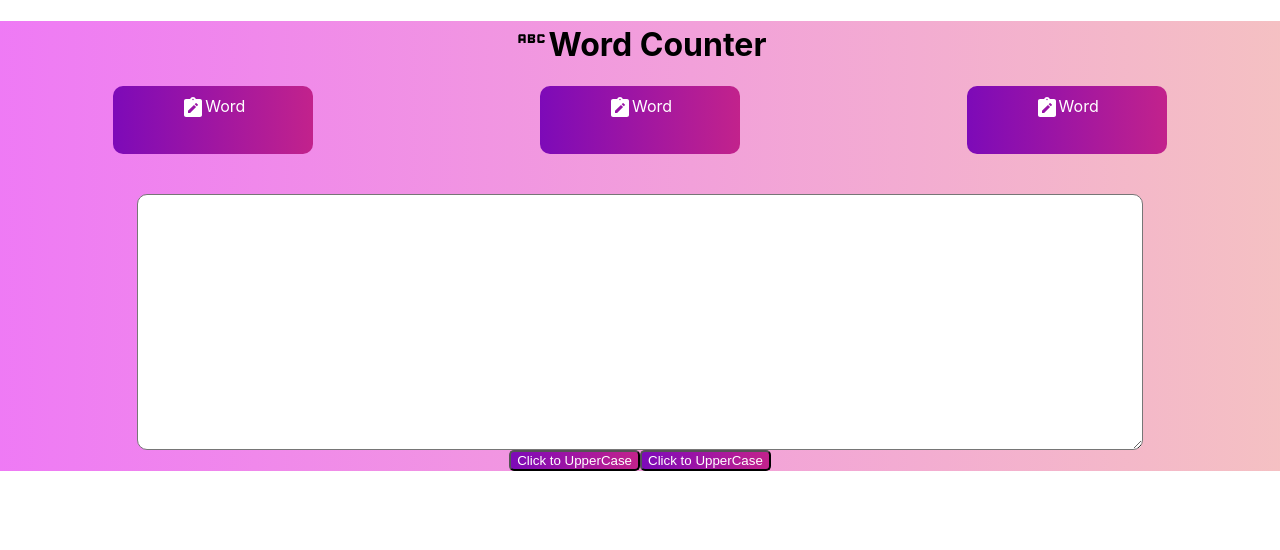
Repository: 123cuongcao/nopbai-basic
Page: /
The author's editor kept a copy of each file at every save. The page is drawn from the files as they stood at one save, then again after the next save.
The browser window is 1280 px wide. The pictures show the whole page.
The project was rebuilt for these pictures with package versions that can differ from the ones it lists, and the page was loaded fresh each time.

Above is the page before, as saved 2023-08-15 11:48:00.

After the next save:
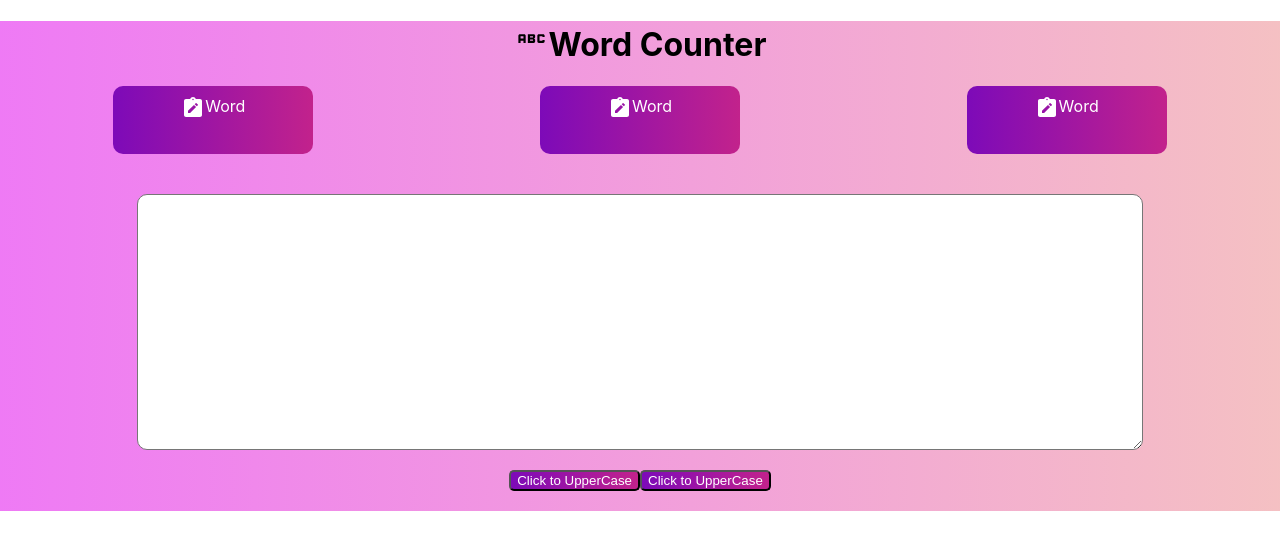
Saved 9 s later.
--- a/src/components/index.jsx
+++ b/src/components/index.jsx
@@ -22,7 +22,7 @@ export default function Index() {
             <Textarea/>
       </div>
 
-      <div style={{display:'flex',justifyContent:'center',padding:''}}>
+      <div style={{display:'flex',justifyContent:'center',padding:'20px '}}>
             <button style={{background:'linear-gradient(to right,#7D0AB8,#C2228C',color:'#fff',borderRadius:'5px'}} >Click to UpperCase</button>
             <button style={{background:'linear-gradient(to right,#7D0AB8,#C2228C',color:'#fff',borderRadius:'5px'}} >Click to UpperCase</button>
 
